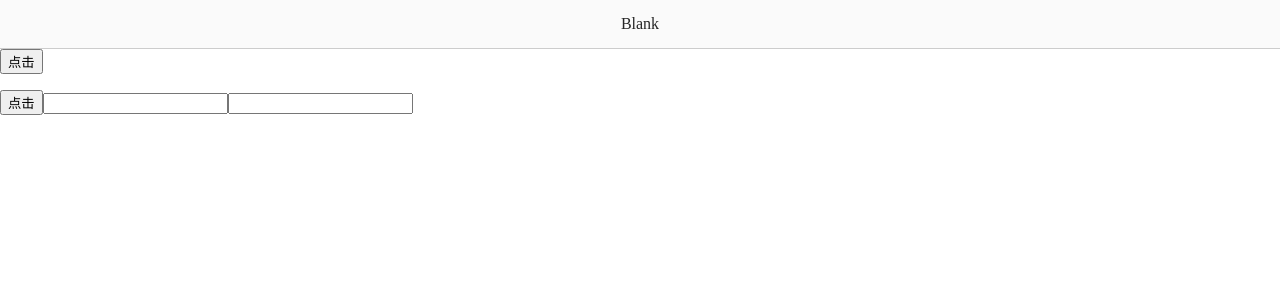
Repository: andycj7/-
Page: web/test2/index.html
These files come from the project's save history. The page is drawn as it stood at one moment and after the next save; the edit follows.
The browser window is 1280 px wide. The pictures show the whole page.
After loading, the first visible `#b_1` was clicked once.

Above is the page before, as saved 2020-07-15 01:35:50.

After the next save:
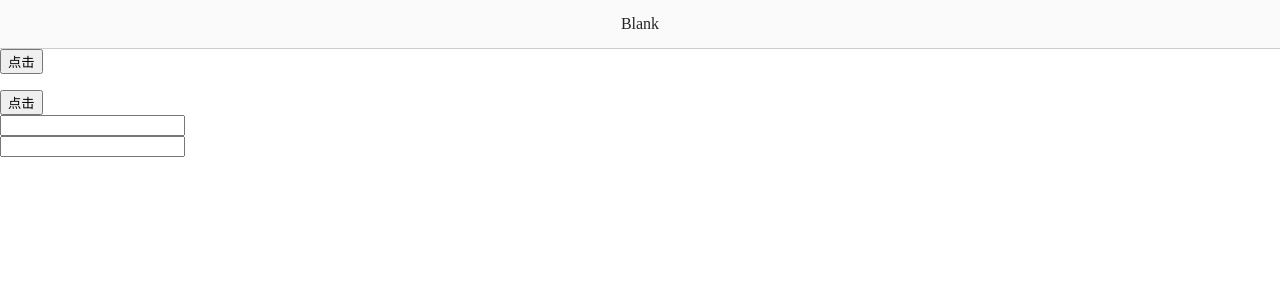
Saved 90 s later.
--- a/web/test2/index.html
+++ b/web/test2/index.html
@@ -26,7 +26,9 @@ function add(){
 
 	var bd_1 = document.getElementById("bd_1");
 	bd_1.appendChild(button_2);
+	bd_1.appendChild(br_1);
 	bd_1.appendChild(input_1);
+	bd_1.appendChild(br_2);
 	bd_1.appendChild(input_2);
 }
 
